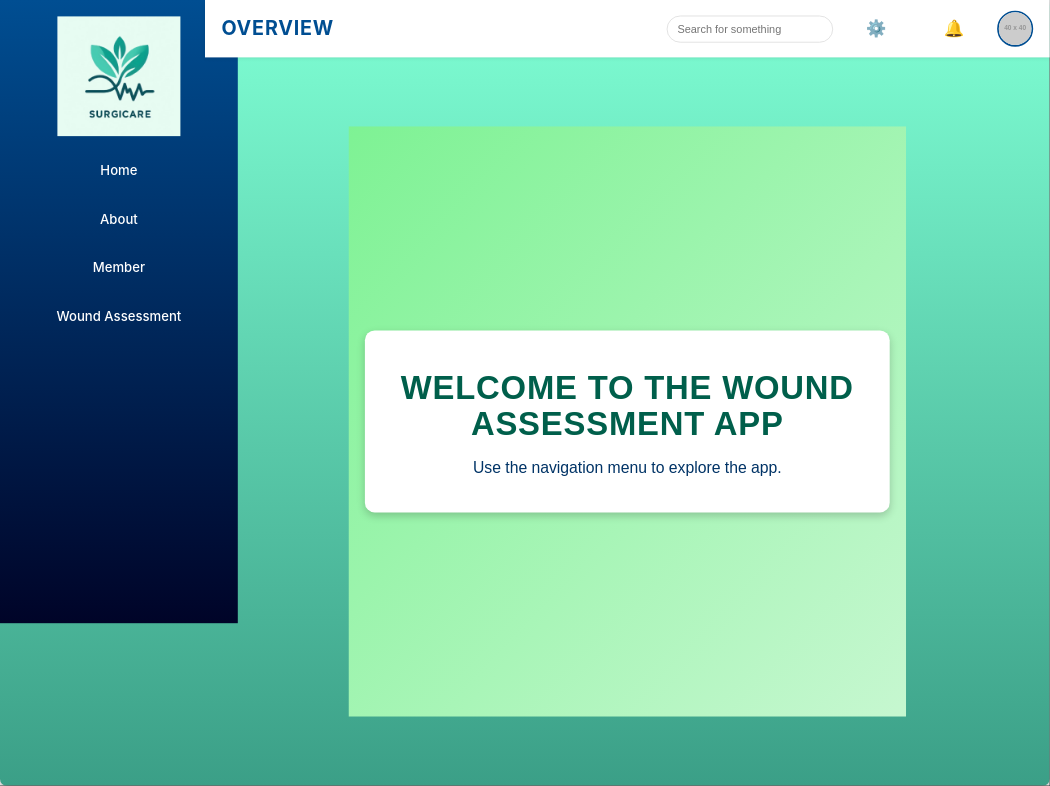
Repository: Jinwoo290350/Surgicare-Vue
Page: / (app in surgicare/)
An editor plug-in stored every save of this project. The page is shown before and after the next save, followed by the edit.
The browser window is 1280 px wide. The pictures show the whole page, at 82% of full size.
The project was rebuilt for these pictures with package versions that can differ from the ones it lists, and the page was loaded fresh each time. Also part of the build but not shown: surgicare/vite.config.js, surgicare/src/views/About.vue, surgicare/src/views/Member.vue, surgicare/src/components/WoundAssessment.vue.

Above is the page before, as saved 2024-12-30 15:12:58.
Console error: TypeError: Cannot read properties of null (reading 'getContext')

After the next save:
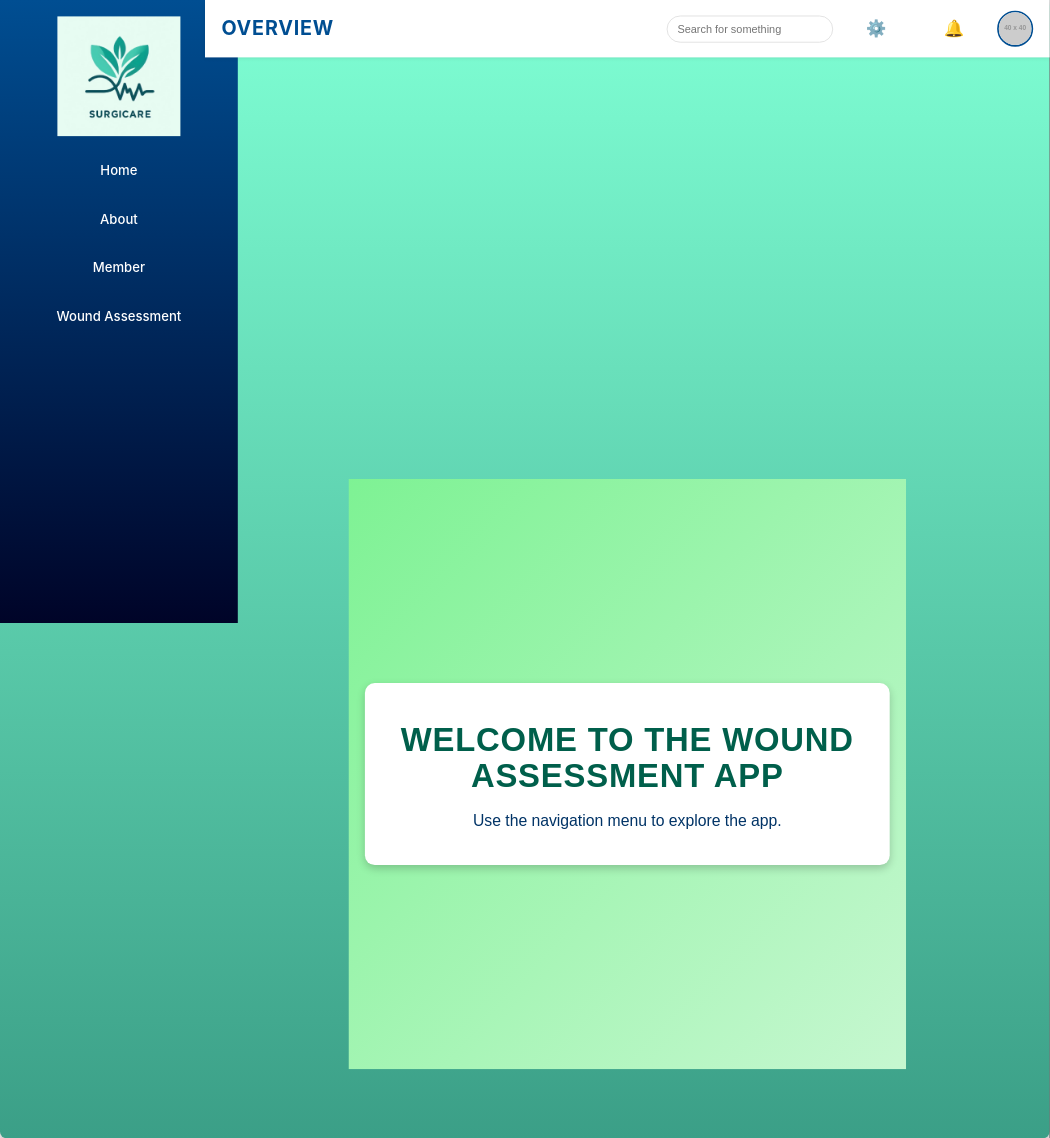
Saved 26 s later.
--- a/surgicare/src/App.vue
+++ b/surgicare/src/App.vue
@@ -134,7 +134,7 @@ body {
 }
 
 .content-area {
-  margin-top: 70px; /* Offset for the fixed header */
+  margin-top: 500px; /* Offset for the fixed header */
   margin-left: 250px; /* Offset for the fixed sidebar */
   flex-grow: 1;
   display: flex;
